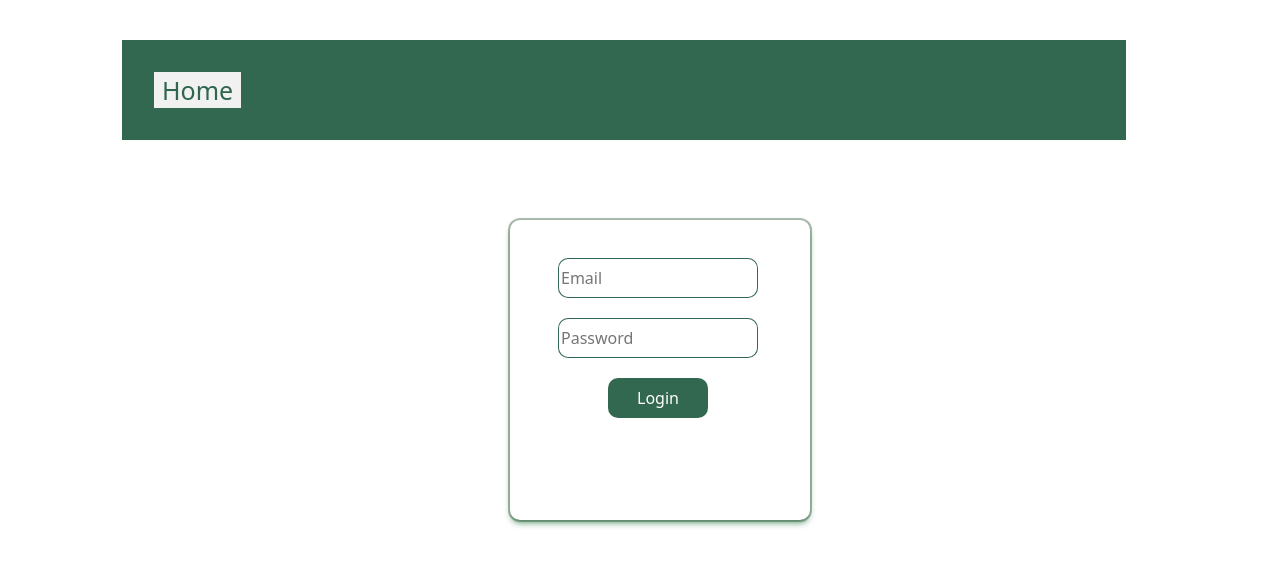
Repository: TH1985-Hub/Blog-Project
Page: index.html
These files come from the project's save history. The page is drawn as it stood at one moment and after the next save; the edit follows.
The browser window is 1280 px wide. The pictures show the whole page.

Above is the page before, as saved 2025-01-26 00:36:25.

### index.html
<!DOCTYPE html>
<html lang="en">
<head>
    <meta charset="UTF-8">
    <meta name="viewport" content="width=device-width, initial-scale=1.0">
    <link href="https://cdn.jsdelivr.net/npm/bootstrap@5.3.3/dist/css/bootstrap.min.css" rel="stylesheet" integrity="sha384-QWTKZyjpPEjISv5WaRU9OFeRpok6YctnYmDr5pNlyT2bRjXh0JMhjY6hW+ALEwIH" crossorigin="anonymous">
    <link rel="stylesheet" href="./src/css/tokens.css">
    <link rel="stylesheet" href="./src/css/utils.css">
    <link rel="stylesheet" href="./src/css/style.css">
    <link rel="icon" href="./src/images/image7.png">
    <title>Login</title>
</head>
<body>



     <script type="module" src="./src/scripts/utils.js"></script>

    <script type="module" src="./src/scripts/login.js"></script>

</body>
</html>

### src/css/tokens.css
:root{
    --primary-color : #08492bd3;
    --secondary-color : #021b0d42;
    --bg-primary-color: #F1F1F1;
    --bg-secondary-light: #e0ebe7;
    --color-white: #fff;
    --spacing-1: 8px;
    --spacing-2: 10px;
    --spacing-3: 16px;
    --spacing-4: 32px;
    --margin-10: 10px;
    --margin-20: 20px;
    --margin-30: 30px;
    --margin-40: 40px;
    --margin-60: 60px;
    --margin-80: 80px;
    --margin-90: 90px;
    --font-size: 20px;
    --font-size-25: 25px;
    --font-size-30: 30px;
    --font-size-35: 35px;
    --border-radius-10: 10px;
    --box-shadow-1: rgba(51, 83, 54, 0.4) 0px 0px 0px 2px, rgba(17, 109, 55, 0.65) 0px 4px 6px -1px, rgba(255, 255, 255, 0.08) 0px 1px 0px inset;
    --box-shadow-2: rgba(43, 156, 81, 0.699) 0px 54px 55px, rgba(28, 109, 48, 0.12) 0px -12px 30px, rgba(0, 0, 0, 0.12) 0px 4px 6px, rgba(0, 0, 0, 0.17) 0px 12px 13px, rgba(0, 0, 0, 0.09) 0px -3px 5px;
    --box-shadow-3: rgba(10, 114, 28, 0.12) 0px 1px 3px, rgba(8, 94, 65, 0.24) 0px 1px 2px;
    /* --box-shadow-4: rgba(102, 221, 181, 0.623) 5px 5px, rgba(110, 216, 96, 0.452) 10px 10px, rgba(46, 240, 95, 0.2) 15px 15px, rgba(75, 165, 105, 0.1) 20px 20px, rgba(46, 240, 149, 0.05) 25px 25px;*/
    }

### src/css/utils.css
.flex{
    display: flex;
}

.jc-space-between{
    justify-content: space-between;
}

.jc-space-centre{
    justify-content: center;
}

.js-space-around{
    justify-content: space-around;
}

.js-flex-end{
    justify-content: flex-end;
}

.ai-centre{
    align-items: center;
}

.fd-column{
    flex-direction: column;
}

.w-50px{
    width: 50px;
}

.w-100px{
    width: 100px;
}

.w-150px{
    width: 150px;
}

.w-200px{
    width: 200px;
}

.w-250px{
    width: 250px;
}

.w-300px{
    width: 300px;
}

.w-350px{
    width: 350px;
}

.w-400px{
    width: 400px;
}

.w-450px{
    width: 450px;
}

.w-500px{
    width: 500px;
}

.w-40{
    width: 40%;
}

.w-45{
    width: 45%;
}



.w-50{
    width: 50%;
}

.w-60{
    width: 60%;
}

.w-70{
    width: 70%;
}

.w-80{
    width: 80%;
}

.w-90{
    width: 90%;
}

.w-100{
    width: 100%;
}

.h-20px{
    height: 20px;
}

.h-30px{
    height: 30px;
}

.h-40px{
    height: 40px;
}

.h-50px{
    height: 50px;
}

.h-60px{
    height: 60px;
}

.h-70px{
    height: 70px;
}

.h-80px{
    height: 80px;
}

.h-90px{
    height: 90px;
}

.h-100px{
    height: 100px;
}

.h-200px{
    height: 200px;
}

.h-300px{
    height: 300px;
}

.h-400px{
    height: 400px;
}

.h-8{
    height: 8%;
}

.h-85{
    height: 85%;
}

.h-90{
    height: 90%;
}

.h-100{
    height: 100%;
}

.absolute{
    position: absolute;
}

.relative{
    position: relative;
}

.td-none{
    text-decoration: none;
}

.ta-centre{
    text-align: center;
}

.overflow{
    overflow: auto;
}

.transition-5{
    transition: all .5s liner;
}

### src/css/style.css
body{
    padding: 0;
    margin: 0;
    outline: none;
    box-sizing: border-box;
    height: 100vh;
}

html{
    font-family: "Roboto", sans-serif;
}



.header{
    background-color: var(--primary-color);
    padding: var(--spacing-4);
    margin-top: var(--margin-10);
    margin:  var(--margin-40);

}

.title{
    color: var(--color-white);
    margin-left: var(--margin-60);

}

.title:hover{
    transform: scale(1.1);
}

.nav_list{
    font-size: var(--font-size-25);
    color: var(--primary-color);
    margin-right: var(--margin-60);
    background-color: var(--bg-primary-color);
    padding: 0 var(--spacing-1);
    box-shadow: var(--box-shadow-1);
    box-shadow: var(--box-shadow-4);
}


.nav:hover{
    transform: scale(1.1);
}

.form_box {
    box-shadow: var(--box-shadow-1);
    padding: var(--spacing-1);
    border-radius: var(--border-radius-10) ;
    margin:  auto;
    margin-top: var(--margin-40);
    text-align: center;

}

.form_box_email{
    color: var(--primary-color);
    margin-top: var(--margin-30);
    border: 1px solid var(--primary-color);
    border-radius: var(--border-radius-10);
    margin-left: var(--margin-40);
}

.form_box_password{
    color: var(--primary-color);
    margin-top: var(--margin-20);
    border: 1px solid var(--primary-color);
    border-radius: var(--border-radius-10);
    margin-left: var(--margin-40);

}

.form_box_login{
    background-color: var(--primary-color);
    color: var(--color-white);
    border: 0;
    margin-top: var(--margin-20);
    border-radius: var(--border-radius-10);
    margin-left: var(--margin-90);
}

.form_box_login:hover{
    color: var(--color-white);
    background-color: var(--secondary-color);
    transform: scale(1.1);
}


.container-root{

    height: 1200px;
}

.login-container {
    flex: 1;
}

.label_container{
    width: 90%;
   margin-bottom: 60px;
   box-shadow: var(--box-shadow-1);
   padding: 20px;
   text-align: center;
}

.main_box{
    width: 90%;
    margin-top: var(--margin-60);
    height: 90%;
    padding: 20px;
    box-shadow: var(--box-shadow-2);
    margin-left: var(--margin-40);
    border-radius: var(--box-shadow-1);


}

.form_container{
    width: 90%;
    padding: 20px;
    box-shadow: var(--box-shadow-1);
}
.form_container_input{
    width: 100%;
    margin: 10px 0;
    padding: 10px;
    box-sizing: border-box;
    margin-top: 30px;
}

.submit-btn-label{
    width: 200px;
    padding: var(--spacing-1) ;
    background-color: var(--primary-color);
    color: var(--color-white);
    box-shadow: var(--box-shadow-1);
    border: 0;
    margin-top: 20px;
    text-align: center;

}

.create-new-post-btn-container {
    margin-bottom: 20px;
    display: flex;
    justify-content: flex-end;
  }

  .create-new-post-btn {
    padding: 10px 20px;
    background-color: var(--primary-color);
    color: white;
    border: none;
    border-radius: 5px;


  }

  .create-new-post-btn:hover {
    background-color: var(--secondary-color);

  }

  .btn-edit{
    margin-top: var(--margin-20);
    border: none;
    box-shadow: var(--box-shadow-1);
  }

  .btn-delete{
    border: none;
    box-shadow: var(--box-shadow-1);
  }


.radio{
    padding: 20px;
    margin-left: var(--margin-20);
}



.main-container{
    margin-left: 40px;
}


.formBox_container {
    box-shadow: var(--box-shadow-2);
    padding: var(--spacing-1);
    margin: auto ;
    margin-top: var(--margin-60);

}
.formBox_container_input {
    box-shadow: var(--box-shadow-1);
    border-radius: var(--border-radius-10);;
    margin-top: var(--margin-5);
    border: 0;
    padding: var(--spacing-1);
    margin:  auto ;
    margin-bottom: var();
}


.select{
    box-shadow: var(--box-shadow-1);
    border-radius: var(--border-radius-10);
    margin-top: var(--margin-20);
    border: 0;
    padding: var(--spacing-1);
    margin: auto;

}

.gender{
    margin: var(--spacing-2) 0;
    margin: auto;
}

.radio-two{
    margin-left: var(--margin-60);
}

.inputBox{
    bottom: var(--spacing-1);
    margin-right: var(--margin-60);
}

.checkbox{
    margin-right: var(--margin-10);

}

.box_checkbox{
    margin-left: var(--margin-40);
}

.submit-btn{
    padding:0 var(--spacing-1) ;
    background-color: var(--primary-color);
    color: var(--color-white);
    box-shadow: var(--box-shadow-1);
    border: 0;
    margin-left: var(--margin-40);
    border-radius: .5rem ;
}


.sidebar{
    background-color: var(--primary-color);
    padding: var(--spacing-4);
    box-shadow: var(--box-shadow-1);

}
.blogger{
    margin: var(--margin-40) 0;
    color: white;
}

.blogger_name{
    font-size: var(--font-size-20);
    color: white;
}


.sidebar_title{
    font-size: var(--font-size-30);
    color: var(--color-white);
    text-align: center;
}

h2{
    font-size: var(--font-size-30);
    color: var(--color-white);
}

.section_block{
    background-color: var(--bg-primary-color);
    box-shadow: var(--box-shadow-1);


}

.post_card{
    padding: var(--spacing-4);
    margin: var(--margin-30) 0;
    background-color: var(--color-white);
    box-shadow: var(--box-shadow-1);
}

.blogger_avatar{
    box-shadow: var(--box-shadow-2);
}

.blogger_avatar:hover{
    transform: scale(1.1);
}

.post_image{
    box-shadow: var(--box-shadow-1);
}
.post_image:hover{
    transform: scale(1.1);

}



.section_block_posts{
    padding: var(--spacing-3) 0;
}

.footer{
    padding: var(--spacing-3);
    color: var(--color-white);
    background-color: var(--primary-color);
    box-shadow: var(--box-shadow-1);
    margin-top: var(--margin-20);
}

.socialMedia_icon{
    font-size: var(--font-size-25);
    color: var(--color-white);
    margin-right: var(--margin-10);
}

.socialMedia_icon:hover{
    color: var(--secondary-color);
}


@media screen  and (max-width: 1024px) {
    .header {
        padding: var(--spacing-4);
    }

    .nav_list {
        font-size: var(--font-size-20);
    }

    .form_box {
        width: 400px;
        margin: auto;
    }

    .main-container {
        margin-left: 30px;
    }

    .sidebar {
        width: 250px;
    }

    .post_card {
        display: flex;
        flex-direction: column;
    }
}

### src/scripts/utils.js
export const UI = {
    createElement: function (element, attributes = {}, children = []) {
        if (!element) {
            console.error('No element type provided.');
            return undefined;
        }

        const el = document.createElement(element);

        for (const [key, value]   of Object.entries(attributes)) {


            el.setAttribute(key, value);
        }


        if (!Array.isArray(children)) {
            children = [children];
        }

        children.forEach(child => {
            if (typeof child === 'string') {
                el.appendChild(document.createTextNode(child));
            } else if (child instanceof Node) {
                el.appendChild(child);
            } else {
                console.error ('Invalid child element:', child);
            throw new Error('Child must be a string or a Node.');
            }
        });

        return el;
    },

    render: function (element, target) {
        const targetElement = document.querySelector(target);
        if (targetElement) {
            targetElement.innerHTML = '';
            targetElement.appendChild(element);
        } else {
            console.error (`Target element "${target}" not found.`);
        }
    },
};


export default UI;

### src/scripts/login.js
// import { UI } from "./utils.js";
// import {api } from "./apis/api.js";
// import { Storage } from "./utils/storage.js";

// // const handleLogin = async (event) => {
// //   event.preventDefault();

// document.addEventListener('DOMContentLoaded', () => {
//   const loginForm = document.getElementById('loginForm');
//   if (loginForm) {
//     loginForm.addEventListener('submit', loginHandler);
//   }
// });

// async function loginHandler(event) {
//   event.preventDefault();


//   const email = document.getElementById('email').value.trim();
//   const password = document.getElementById('password').value.trim();

//   if (!email || !password) {
//     alert('Please enter both email and password.');
//     return;
//   }

//   const credentials = { email, password };

//   try {
//     const response = await api.auth.login(credentials);

//     if (response.id) {
//       // Assuming response.id indicates a successful login
//       window.location.assign('home.html');
//     } else {
//       alert("Login failed. Please check your credentials.");
//     }
//   } catch (error) {
//     console.error("Login error:", error.message);
//     alert(`Login failed: ${error.message}`);

// //   const inputEmail = document.querySelector("#email");
// //   const inputPassword = document.querySelector("#password");

// //   const email = inputEmail.value.trim();
// //   const password = inputPassword.value.trim();

// //   if (!email || !password) {
// //     alert(' Please enter both email and password.');
// //     return;
// //   }

// //   const credentials = { email, password };

// //   try {

// //     const loginButton = document.querySelector(".form_box_login");
// //     loginButton.textContent = "Logging in...";
// //     loginButton.disabled = true;

// //     console.log("Attempting login with credentials:", credentials);

// //     const result = await api.auth.login(credentials);

// //     console.log("Login response:", result);
// //     if (result?.accessToken && result?.user) {

// //       Storage.getItemetItem('token', result.accessToken);
// //       Storage.getItem('user', result.user);


// //       console.log("Login successful. User data:", result.user);


// //       window.location.assign("home.html");
// //     } else {
// //       alert(' Invalid login credentials. Please try again.');
// //     }
// //   } catch (error) {
// //     alert(`Login failed: ${error.message || "Unknown error"}`);
// //     console.error("Login Error:", error);
// //   } finally {

// //     const loginButton = document.querySelector(".form_box_login");
// //     loginButton.textContent = "Login";
// //     loginButton.disabled = false;
// //   }
//   }
// };

// const createContainer =()  =>{
//   const container = UI.createElement('div', { class: 'container w-100 d-flex jc-space-between fd-column ai-center' }, [
//     UI.createElement('header', { class: 'header w-90 h-100px d-flex ai-center js-flex-end' }, [
//       UI.createElement('a', { href: 'home.html', class: 'nav_list td-none transition-5' }, 'Home'),
//     ]),
//     UI.createElement('main', { class: 'main-container d-flex jc-space-centre at-centre fd-column' },[
//     UI.createElement('div', { class: 'login-container d-flex ai-center jc-center' }, [
//       UI.createElement('form', { id: 'loginform', class: 'form_box w-300px h-300px d-flex jc-space-center fd-column ai-center' }, [
//         UI.createElement('input', { id: "email", type: 'email', placeholder: 'Email', class: 'form_box_email w-200px h-40px',autocomplete: "email" }),
//         UI.createElement('input', { id: "password", type: 'password', placeholder: 'Password', class: 'form_box_password w-200px h-40px', autocomplete: 'current-password' }),
//         UI.createElement('button', { type: 'submit', class: 'form_box_login w-100px h-40px transition-5' }, 'Login'),
//       ]),
//       ]),
//     ]),
//   ]);

//   UI.render(container, 'body');


//   const loginForm = document.querySelector("#loginform");
//   loginForm.addEventListener('submit', handleLogin);
// }


// createContainer();



// import { UI } from "./utils.js";
// import { api } from "./apis/api.js";
// import { Storage } from "../storage.js";  // Corrected the path to './utils/storage.js'

// // Define loginHandler function
// async function loginHandler(event) {
//   event.preventDefault();

//   const email = document.getElementById('email').value.trim();
//   const password = document.getElementById('password').value.trim();

//   if (!email || !password) {
//     alert('Please enter both email and password.');
//     return;
//   }

//   const credentials = { email, password };

//   try {
//     const response = await api.auth.login(credentials);

//     if (response.id) {
//       // Assuming response.id indicates a successful login
//       window.location.assign('home.html');
//     } else {
//       alert("Login failed. Please check your credentials.");
//     }
//   } catch (error) {
//     console.error("Login error:", error.message);
//     alert(`Login failed: ${error.message}`);
//   }
// }

// const createContainer = () => {
//   const container = UI.createElement('div', { class: 'container w-100 d-flex jc-space-between fd-column ai-center' }, [
//     UI.createElement('header', { class: 'header w-90 h-100px d-flex ai-center js-flex-end' }, [
//       UI.createElement('a', { href: 'home.html', class: 'nav_list td-none transition-5' }, 'Home'),
//     ]),
//     UI.createElement('main', { class: 'main-container d-flex jc-space-centre ai-centre fd-column' }, [
//       UI.createElement('div', { class: 'login-container d-flex ai-center jc-center' }, [
//         UI.createElement('form', { id: 'loginform', class: 'form_box w-300px h-300px d-flex jc-space-center fd-column ai-center' }, [
//           UI.createElement('input', { id: "email", type: 'email', placeholder: 'Email', class: 'form_box_email w-200px h-40px', autocomplete: "email" }),
//           UI.createElement('input', { id: "password", type: 'password', placeholder: 'Password', class: 'form_box_password w-200px h-40px', autocomplete: 'current-password' }),
//           UI.createElement('button', { type: 'submit', class: 'form_box_login w-100px h-40px transition-5' }, 'Login'),
//         ]),
//       ]),
//     ]),
//   ]);

//   UI.render(container, 'body');

//   const loginForm = document.querySelector("#loginform");
//   loginForm.addEventListener('submit', loginHandler);
// }

// document.addEventListener('DOMContentLoaded', () => {
//   createContainer();
// });

import { UI } from "./utils.js";
import { api } from "./apis/api.js";
//import { Storage } from "../utils/storage.js";  // Ensure the path is correct

// Define loginHandler function
async function loginHandler(event) {
  event.preventDefault();

  const email = document.getElementById('email').value.trim();
  const password = document.getElementById('password').value.trim();

  if (!email || !password) {
    alert ('Please enter both email and password.');
    return;
  }

  const credentials = { email, password };
  console.log('Credentials:', credentials);

  try {
    const response = await api.auth.login(credentials);
    console.log('API Response:', response)

    if (response.id) {
      // Assuming response.id indicates a successful login
      window.location.assign('home.html');
    } else {
      alert  ("Login failed. Please check your credentials.");
    }
  } catch (error) {
    console.error("Login error:", error.message);
    alert(`Login failed: ${error.message}`);
  }
}

const createContainer = () => {
  const container = UI.createElement('div', { class: 'container w-100 d-flex jc-space-between fd-column ai-center' }, [
    UI.createElement('header', { class: 'header w-90 h-100px d-flex ai-center jc-space-between' }, [
      UI.createElement('a', { href: 'home.html', class: 'nav_list td-none transition-5' }, 'Home'), // Ensure this href is correct
    ]),
    UI.createElement ('main', { class: 'main-container d-flex jc-space-centre ai-centre fd-column' }, [
      UI.createElement('div', { class: 'login-container d-flex ai-center jc-center' }, [
        UI.createElement('form', { id: 'loginform', class: 'form_box w-300px h-300px d-flex jc-space-center fd-column ai-center' }, [
          UI.createElement('input', { id: "email", type: 'email', placeholder: 'Email', class: 'form_box_email w-200px h-40px', autocomplete: "email" }),
          UI.createElement('input', { id: "password", type: 'password', placeholder: 'Password', class: 'form_box_password w-200px h-40px', autocomplete: 'current-password' }),
          UI.createElement('button', { type: 'submit', class: 'form_box_login w-100px h-40px transition-5' }, 'Login'),
        ]),
      ]),
    ]),
  ]);

  UI.render(container, 'body');

  const loginForm = document.querySelector("#loginform");
  loginForm.addEventListener ('submit', loginHandler);
}

document.addEventListener('DOMContentLoaded', () => {
  createContainer();
});

### src/scripts/apis/api.js
import {PostApi} from "./post.api.js";
import {UserApi} from "./user.api.js" ;
import {AuthApi}  from "./auth.api.js";
import { FileUpload } from "./file-upload.api.js";
import {baseUrl}     from "./const.js";

//export const baseUrl = "https://simple-blog-api-red.vercel.app/api";

export class Api{
    // post = null;
    // user = null;
    // auth = null;
    // fileUpload = null


  constructor(baseUrl) {
      this.post = new PostApi(baseUrl);
      this.user = new UserApi(baseUrl);
      this.auth = new AuthApi(baseUrl);
      this.fileUpload = new FileUpload(baseUrl);

  }

}

export const api = new Api(baseUrl);

### src/scripts/apis/const.js
export const baseUrl = ('https://simple-blog-api-red.vercel.app');

### src/scripts/utils/storage.js
//import {Base_Url}  from  "./const.js";

export class Storage {
    static getItem(key) {
      try {
        const value = localStorage.getItem(key);
        // if (value) {
        //   return JSON.parse(value);
        // }
        // return null;
        return value ? JSON.parse(value) : null;
      } catch (error) {
        console.error('Error getting item from storage:', error);
        return null;
      }
    }
    static set(key, value) {
      try {
        localStorage.setItem(key, JSON.stringify(value));

        return true;
      } catch (error) {
        console.error('Error setting item in storage:', error);
        return false;
      }
    }

    static removeItem(key) {
      try {
        localStorage.removeItem(key);

        return true;
      } catch (error) {
        console.error('Error removing item from storage:', error);
        return false;
      }
    }

    static clear() {
      try {
        localStorage.clear();

        return true;
      } catch (error) {
        console.error('Error clearing storage:', error);
        return false;
      }
    }
  }

### src/scripts/apis/base.js
export class BaseApi {
    validateResponse(response) {
      if (response.status === 401) {
        window.location.assign('index.html')

        return false
       }


       if (response.status === 400) {
        alert("Bad request! Please check your input.");
        throw new Error("400 Bad Request");
      }

      if (response.status === 500) {
        alert ("Server error! Please try again later.");
        throw new Error("500 Internal Server Error");
      }

      if (!response.ok) {
        console.error("Unhandled API Error:", response.status, response.statusText);
        throw new Error (`Unhandled HTTP Error: ${response.status} - ${response.statusText}`);
      }

      return response;

    }
  }

Loaded but not shown: src/scripts/apis/post.api.js (155 lines, source omitted); src/scripts/apis/file-upload.api.js (121 lines, source omitted); src/scripts/apis/auth.api.js (89 lines, source omitted); src/scripts/apis/user.api.js (64 lines, source omitted)

After the next save:
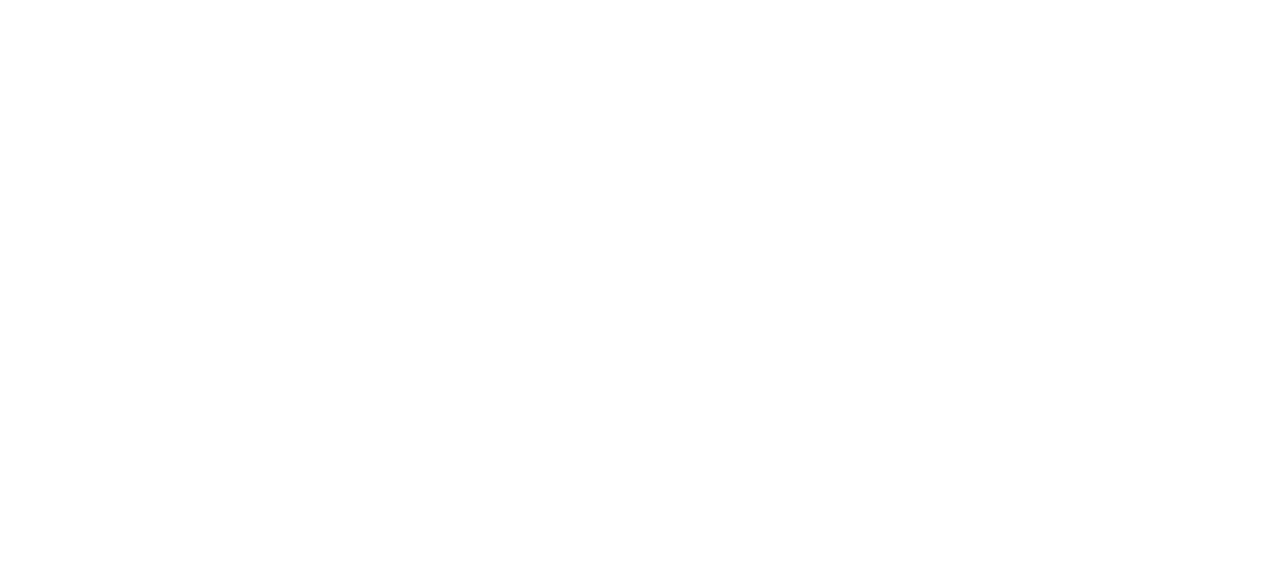
Console error: SyntaxError: Unexpected token 'if'
Saved 8 s later.
--- a/src/scripts/login.js
+++ b/src/scripts/login.js
@@ -196,7 +196,7 @@
 
   try {
     const response = await api.auth.login(credentials);
-    console.log('API Response:', response)
+    console.log('API Response:', response),
 
     if (response.id) {
       // Assuming response.id indicates a successful login

After the save that followed:
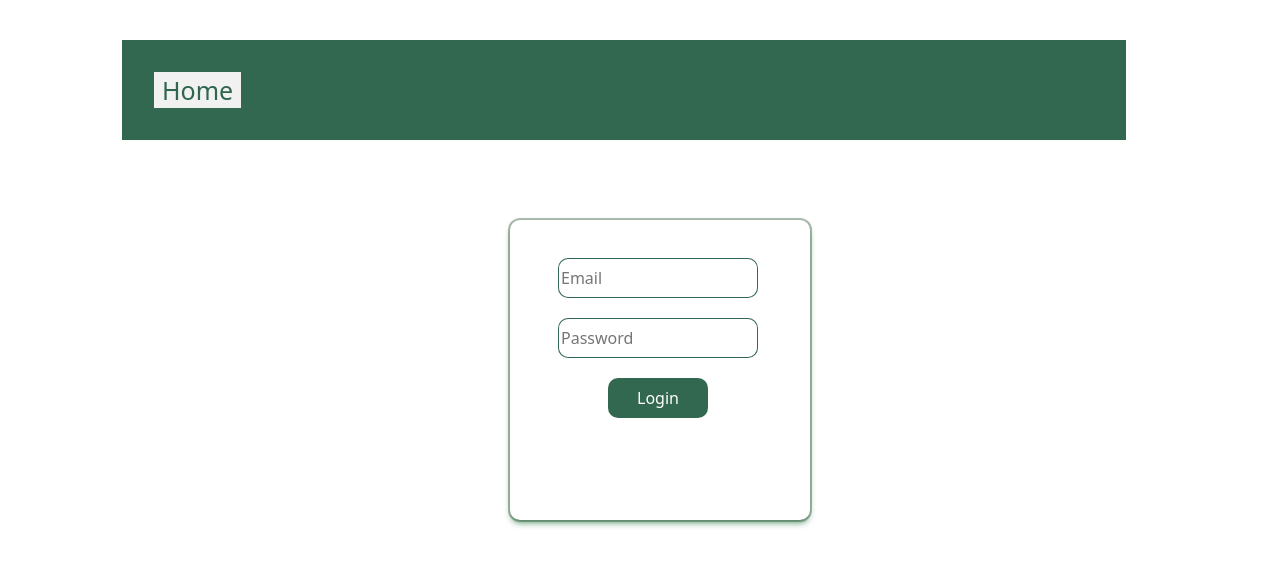
The error is gone.
Saved 90 s later.
--- a/src/scripts/login.js
+++ b/src/scripts/login.js
@@ -196,7 +196,7 @@
 
   try {
     const response = await api.auth.login(credentials);
-    console.log('API Response:', response),
+    console.log('API Response:', response);
 
     if (response.id) {
       // Assuming response.id indicates a successful login
